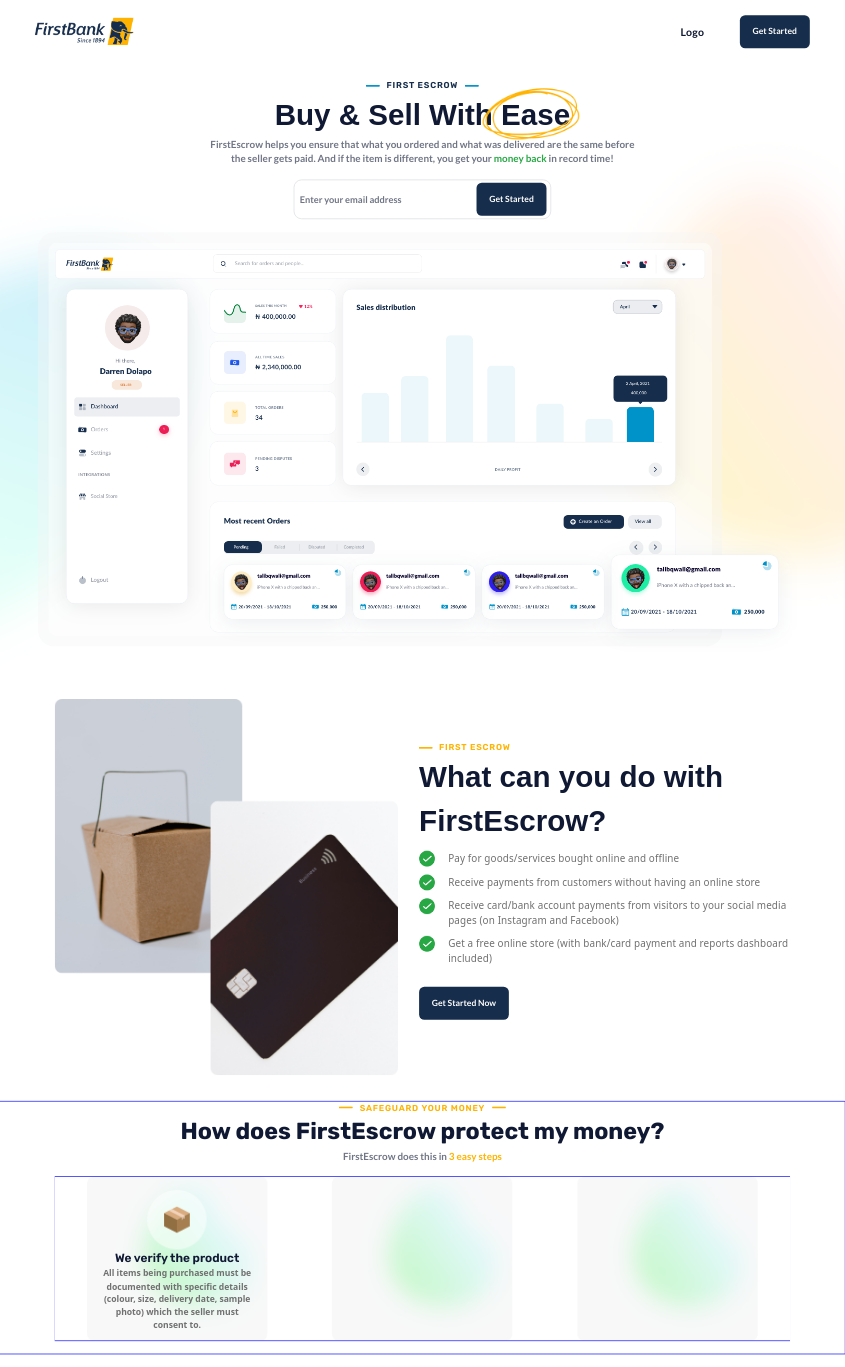
Repository: Pepperest-dev/First_Escrow_Home
Page: index.html
An editor plug-in stored every save of this project. The page is shown before and after the next save, followed by the edit.
The browser window is 1280 px wide. The pictures show the whole page, at 66% of full size.

Above is the page before, as saved 2021-09-26 12:05:26.

### index.html
<!DOCTYPE html>
<html lang="en">
  <head>
    <meta charset="UTF-8" />
    <meta http-equiv="X-UA-Compatible" content="IE=edge" />
    <meta name="viewport" content="width=device-width, initial-scale=1.0" />
    <link rel="stylesheet" href="styles/styles.css" />
    <link rel="stylesheet" href="styles/mobileScreenStyles.css" />
    <link
      href="https://unpkg.com/tailwindcss@^2/dist/tailwind.min.css"
      rel="stylesheet"
    />
    <link
      rel="stylesheet"
      href="https://cdnjs.cloudflare.com/ajax/libs/font-awesome/4.7.0/css/font-awesome.min.css"
    />
    <link rel="preconnect" href="https://fonts.googleapis.com" />
    <link rel="preconnect" href="https://fonts.gstatic.com" crossorigin />
    <link
      href="https://fonts.googleapis.com/css2?family=Lato:wght@100;300;400;700;800&family=Rubik:wght@400;500;600;700&display=swap"
      rel="stylesheet"
    />
    <title>First Escrow</title>
  </head>
  <body>
    <!-- Create a container wrapper to  -->
    <!-- create a container to keep everything contained in a certain width  ##done -->
    <!-- create the Navbar ##Done -->
    <!-- Do the font setup from google fonts  ##Done-->
    <!-- make the navbar responsive  Not done-->
    <!-- create the hero section ##almost -->
    <!-- work on the what can we do or you ssection -->
    <!-- Work on how does first escrow  works-->
    <!-- work on refund is guranteed  section  -->
    <!-- how it works in simple steps section -->
    <!-- work on the footer section -->
    <header class="banner mb-10 overflow-x-hidden overscroll-none">
      <nav
        class="
          h-24
          flex
          justify-between
          items-center
          md:w-11/12 md:p-0
          px-7
          mx-auto
          mb-6
        "
      >
        <a href="/">
          <img
            src="/assets/imgs/firstBank_logo.png"
            alt="First Bank Logo"
            class="BrandLogo cursor-pointer"
          />
        </a>

        <ul class="md:flex hidden w-2/12 h-full justify-between items-center">
          <li class="loginLink"><a href="#">Logo</a></li>
          <li>
            <button class="getStartedBtn hover:drop-shadow-xl">
              Get Started
            </button>
          </li>
        </ul>

        <div id="hambugger" class="hambugger cursor-pointer md:hidden">
          <i id="menuToggler" class="fa fa-2x fa-bars"></i>
        </div>
      </nav>

      <main class="md:w-11/12 mb-3 md:p-0 px-7 mx-auto">
        <article>
          <p
            class="
              text-center
              mx-auto
              flex
              justify-around
              items-center
              firstEscrow
            "
          >
            First Escrow
          </p>
          <h1 class="mainTitle text-center mx-auto">
            Buy & Sell With <span class="">Ease</span>
            <img
              src="/assets/icons/bigEaseElipses.png"
              alt="elipses"
              class="elipses"
            />
          </h1>
          <p class="contentDescription mx-auto">
            FirstEscrow helps you ensure that what you ordered and what was
            delivered are the same before the seller gets paid. And if the item
            is different, you get your
            <span class="greenMoneyText">money back</span> in record time!
          </p>
          <form
            class="
              my-5
              mx-auto
              flex
              justify-between
              items-center
              cursor-pointer
              bannerInputField
            "
          >
            <input
              type="text"
              class="h-full"
              placeholder="Enter your email address"
            />
            <button
              type="submit"
              class="getStartedBtn z-10 hover:drop-shadow-xl"
            >
              Get Started
            </button>
          </form>
        </article>
        <img
          src="/assets/imgs/dashboardMockup.png"
          class="dashboardImg cursor-pointer mx-auto"
          alt="dashboard mockup"
        />
      </main>
    </header>
    <div class="wrapper">
      <section
        class="
          mt-10
          w-11/12
          mx-auto
          overflow-x-hidden
          gap-x-8
          items-center
          flex
          justify-between
          flex-wrap-reverse
          md:flex-nowrap
        "
      >
        <div class="">
          <img
            class="object-contain"
            src="/assets/imgs/bagAndCard.png"
            alt="bag and card"
          />
        </div>
        <div class="">
          <p
            class="text-left flex justify-start items-center yellowFirstEscrow"
          >
            First Escrow
          </p>

          <h1 class="mainTitle">What can you do with FirstEscrow?</h1>

          <ul id="FirstEscrowCanDo"></ul>
          <button class="getStartedBtn hover:drop-shadow-xl my-5">
            Get Started Now
          </button>
        </div>
      </section>
    </div>
    <div class="wrapper outline">
      <section class="mt-10 mb-5 w-11/12 mx-auto overflow-x-hidden">
        <p
          class="
            text-center
            mx-auto
            flex
            justify-around
            items-center
            secondYellowFirstEscrow
          "
        >
          Safeguard Your Money
        </p>

        <h3 class="text-center protectTitle">
          How does FirstEscrow protect my money?
        </h3>
        <p class="contentDescription mx-auto">
          FirstEscrow does this in
          <span class="yellowText">3 easy steps</span>
        </p>

        <div
          id="threeBoxes"
          class="flex justify-around items-center outline my-5"
        >
          <div class="box flex flex-col items-center justify-between p-5">
            <div class="boxImage">
              <img src="/assets/imgs/parcelBox.png" alt="" srcset="" />
            </div>
            <p class="boxTitle">We verify the product</p>
            <p class="boxTextContent">
              All items being purchased must be documented with specific details
              (colour, size, delivery date, sample photo) which the seller must
              consent to.
            </p>
          </div>
          <div class="box"></div>
          <div class="box"></div>
        </div>
      </section>
    </div>
    <script src="js/app.js"></script>
  </body>
</html>

### Styles/styles.css
* {
  margin: 0;
  padding: 0;
  border: 0;
  font-size: 16px;
  text-decoration: none;
  font: inherit;
  box-sizing: border-box;
}

/* Colors varable declaration */
:root {
  --whiteBgColor: #ffffff;
  --BtnBgColor: #162d4c;
  --lightBlueColor: #0093c9;
  --yellowPrimaryColor: #ffb300;
  --boxesTextColor: #707070;
  --darkBlueTextColor: #101933;
  --bannerTextColor: #707585;
  --lightGreenColor: #28a745;
  --inputFieldBorderColor: #d8dade;
  --footerBackgroundColor: #f6f6f7;
  --footerTextColor: #040c22;
  --latoFontFamily: "Lato", sans-serif;
  --rubikFontFamily: "Rubik", sans-serif;
  --arialFontFamily: "Arial", sans-serif;
}
.wrapper {
  margin-right: auto;
  margin-left: auto;
  max-width: 1440px;
  padding-right: 2rem;
  padding-left: 2rem;
  width: 100%;
  background-color: var(--whiteBgColor);
}

.banner {
  background-image: url(../assets/imgs/overlayBackground.png);
  background-position: center;
  background-repeat: no-repeat;
  background-size: cover;
  object-fit: cover;
}
.dashboardImg {
  width: 100%;
  height: auto;
  overflow-x: hidden;
}

.contentContainer {
}

.BrandLogo {
  width: 150px;
  object-fit: contain;
  height: 45px;
}

.outline {
  outline: 1px solid blue;
}

.loginLink {
  font: normal normal 600 16px/19px Lato;
  letter-spacing: 0.32px;
  font-family: var(--latoFontFamily);
  font-style: normal;
  font-weight: 600;
  color: var(--darkBlueTextColor);
}

.loginLink:hover {
  opacity: 0.8;
  transition: all ease-in-out 350ms;
}

.getStartedBtn {
  border-radius: 8px;
  background-color: var(--BtnBgColor);
  min-width: 100px;
  padding: 0 1.2rem;
  height: 50px;
  color: var(--whiteBgColor);
  font-family: var(--latoFontFamily);
  text-align: center;
  font-size: 13px;
  font-weight: 800;
}

.getStartedBtn:hover {
  opacity: 0.8;
  transition: all ease-in-out 350ms;
}

.yellowFirstEscrow {
  letter-spacing: 1.2px;
  color: var(--yellowPrimaryColor);
  text-transform: uppercase;
  font-family: var(--rubikFontFamily);
  font-size: 13px;
  font-weight: 600;
  width: 150px;
}

.yellowFirstEscrow::before {
  content: "";
  display: flex;
  width: 20px;
  border: 1px solid var(--yellowPrimaryColor);
  background-color: var(--yellowPrimaryColor);
  margin-right: 10px;
}

.secondYellowFirstEscrow {
  letter-spacing: 1.2px;
  color: var(--yellowPrimaryColor);
  text-transform: uppercase;
  font-family: var(--rubikFontFamily);
  font-size: 13px;
  font-weight: 600;
  width: 263px;
}

.secondYellowFirstEscrow::before {
  content: "";
  display: flex;
  width: 20px;
  border: 1px solid var(--yellowPrimaryColor);
  background-color: var(--yellowPrimaryColor);
}
.secondYellowFirstEscrow::after {
  content: "";
  display: flex;
  width: 20px;
  border: 1px solid var(--yellowPrimaryColor);
  background-color: var(--yellowPrimaryColor);
}

.firstEscrow {
  letter-spacing: 1.2px;
  color: var(--BtnBgColor);
  text-transform: uppercase;
  font-family: var(--rubikFontFamily);
  font-size: 13px;
  font-weight: 600;
  width: 180px;
}

.firstEscrow::before {
  content: "";
  display: flex;
  width: 20px;
  border: 1px solid var(--lightBlueColor);
  background-color: var(--lightBlueColor);
}
.firstEscrow::after {
  content: "";
  display: flex;
  width: 20px;
  background-color: var(--lightBlueColor);
  border: 1px solid var(--lightBlueColor);
}
.mainTitle {
  color: var(--darkBlueTextColor);
  font-family: var(--arialFontFamily);
  font-weight: 700;
  font-size: 2.8rem;
  max-width: 600px;
  position: relative;
}

.elipses {
  position: absolute;
  width: 150px;
  top: -11px;
  right: 10%;
}

.contentDescription {
  color: var(--bannerTextColor);
  font-family: var(--latoFontFamily);
  font-weight: 600;
  font-size: 15px;
  text-align: center;
  max-width: 650px;
}

.greenMoneyText {
  color: var(--lightGreenColor);
}

.bannerInputField {
  width: 390px;
  height: 60px;
  border: 1px solid var(--inputFieldBorderColor);
  border-radius: 12px;
  background: var(--whiteBgColor);
  padding: 8px 6px 8px 8px;
}

.bannerInputField input[type="text"] {
  border: none;
  font-family: var(--latoFontFamily);
  font-size: 16px;
  color: var(--bannerTextColor);
  flex: 0.9;
  font-weight: 600;
  outline: none;
}

.bannerInputField input[type="text"]::placeholder {
  font-family: var(--latoFontFamily);
  font-size: 14px;
  font-weight: 600;
  color: var(--bannerTextColor);
}

#FirstEscrowCanDo li {
  color: var(--boxesTextColor);
  letter-spacing: 0.18px;
  text-align: left;
  font-weight: normal;
  font-size: 15px;
}

.protectTitle {
  color: var(--darkBlueTextColor);
  letter-spacing: 0;
  font-family: var(--rubikFontFamily);
  font-weight: bold;
  font-size: 2.2rem;
}
.yellowText {
  color: var(--yellowPrimaryColor);
}
.box {
  width: 280px;
  height: 248px;
  border-radius: 12px;
  background-image: url("/assets/imgs/lightGreenCardBg.png");
  background-repeat: no-repeat;
  background-position: center;
  background-size: contain;
}

.boxImage {
  width: 90px;
  height: 110px;
  background-color: transparent;
}

.boxTitle {
  color: var(--darkBlueTextColor);
  letter-spacing: 0;
  font-family: var(--rubikFontFamily);
  text-align: center;
  font-size: 18px;
  font-weight: 600;
}

.boxTextContent {
  text-align: center;
  color: var(--boxesTextColor);
  font-size: 13px;
  font-weight: 600;
  width: 95%;
}

### Styles/mobileScreenStyles.css
@media screen and (max-width: 600px) {
  .banner {
    background-size: contain;
  }
  .dashboardImg {
    width: 500px;
    height: auto;
  }

  .BrandLogo {
    width: 100px;
  }

  .toggle {
    transition: opacity ease-in-out;
  }

  .elipses {
    position: absolute;
    width: 150px;
    top: 40%;
    right: 9%;
  }
}

### Js/app.js
const escrow = {
  firstEscrowList: [
    {
      icon: "/assets/icons/greenChecked.png",
      text: "Pay for goods/services bought online and offline",
    },
    {
      icon: "/assets/icons/greenChecked.png",
      text: "Receive payments from customers without having an online store",
    },
    {
      icon: "/assets/icons/greenChecked.png",
      text: "Receive card/bank account payments from visitors to your social media pages (on Instagram and Facebook)",
    },
    {
      icon: "/assets/icons/greenChecked.png",
      text: "Get a free online store (with bank/card payment and reports dashboard included)",
    },
  ],
};

Object.freeze(escrow);
console.log(escrow.firstEscrowList);

document.addEventListener(
  "DomContentLoaded",
  (function () {
    console.log("escrow, content");
    const hambugger = document.querySelector("#hambugger");
    const menu = document.querySelector("#menuToggler");
    const escrowCanDo = document.querySelector("#FirstEscrowCanDo");

    let returnedList = escrow.firstEscrowList
      .map(
        (list) =>
          `<li class="flex items-start my-3 justify-start"><img  src=${list.icon} alt="checked icon" class="mr-5 h-6 w-6" /> ${list.text}</li>`
      )
      .join(" ");

    escrowCanDo.innerHTML = returnedList;

    hambugger.addEventListener("click", () => {
      if (menu.classList.contains("fa-bars")) {
        menu.classList.remove("fa-bars");
        menu.classList.add("fa-times");
      } else if (menu.classList.contains("fa-times")) {
        menu.classList.remove("fa-times");
        menu.classList.add("fa-bars");
      }
      hambugger.classList.toggle("toggle");
    });
  })()
);

After the next save:
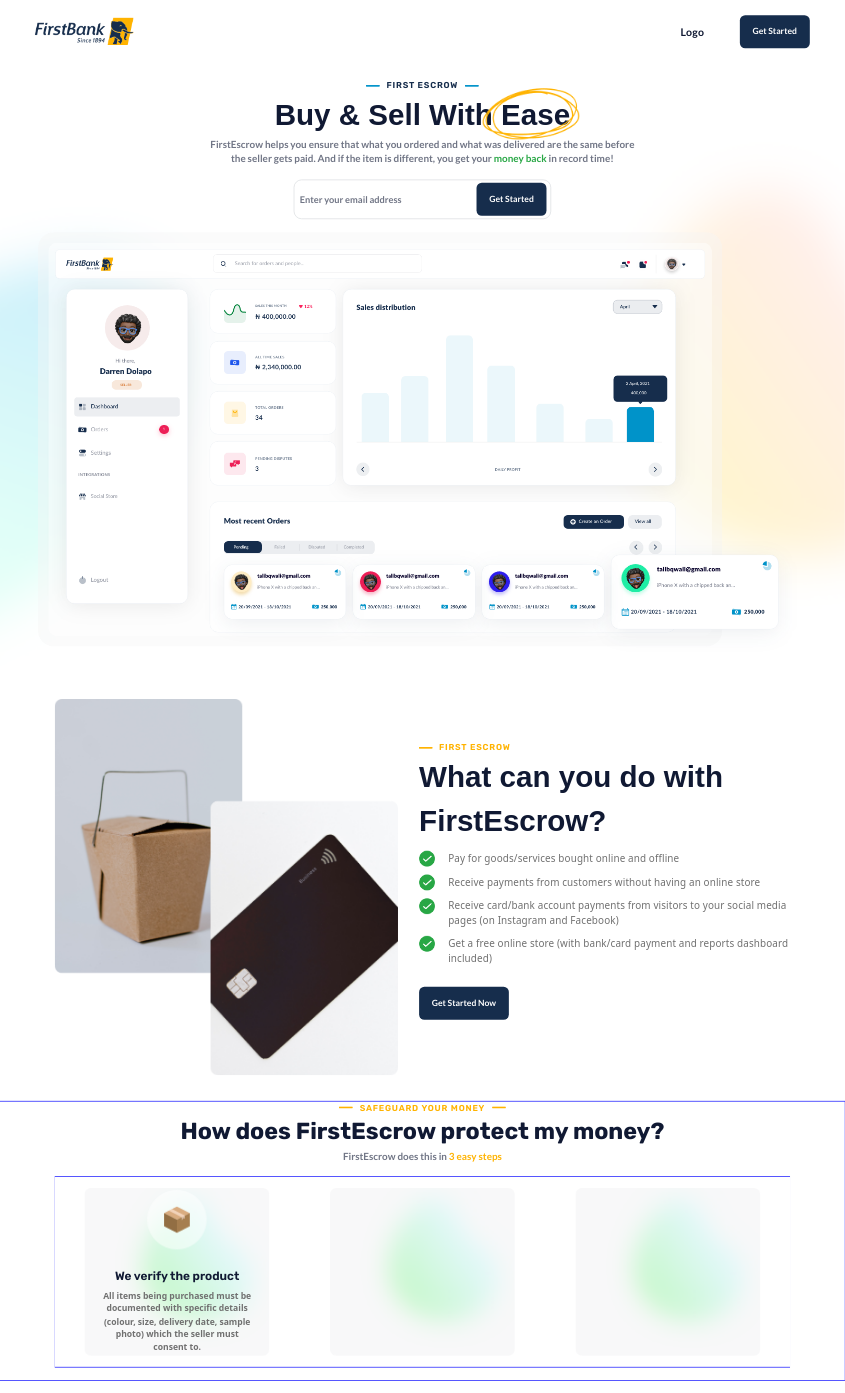
Saved 1 s later.
--- a/Styles/styles.css
+++ b/Styles/styles.css
@@ -236,7 +236,7 @@
 }
 .box {
   width: 280px;
-  height: 248px;
+  height: 288px;
   border-radius: 12px;
   background-image: url("/assets/imgs/lightGreenCardBg.png");
   background-repeat: no-repeat;

After the save that followed:
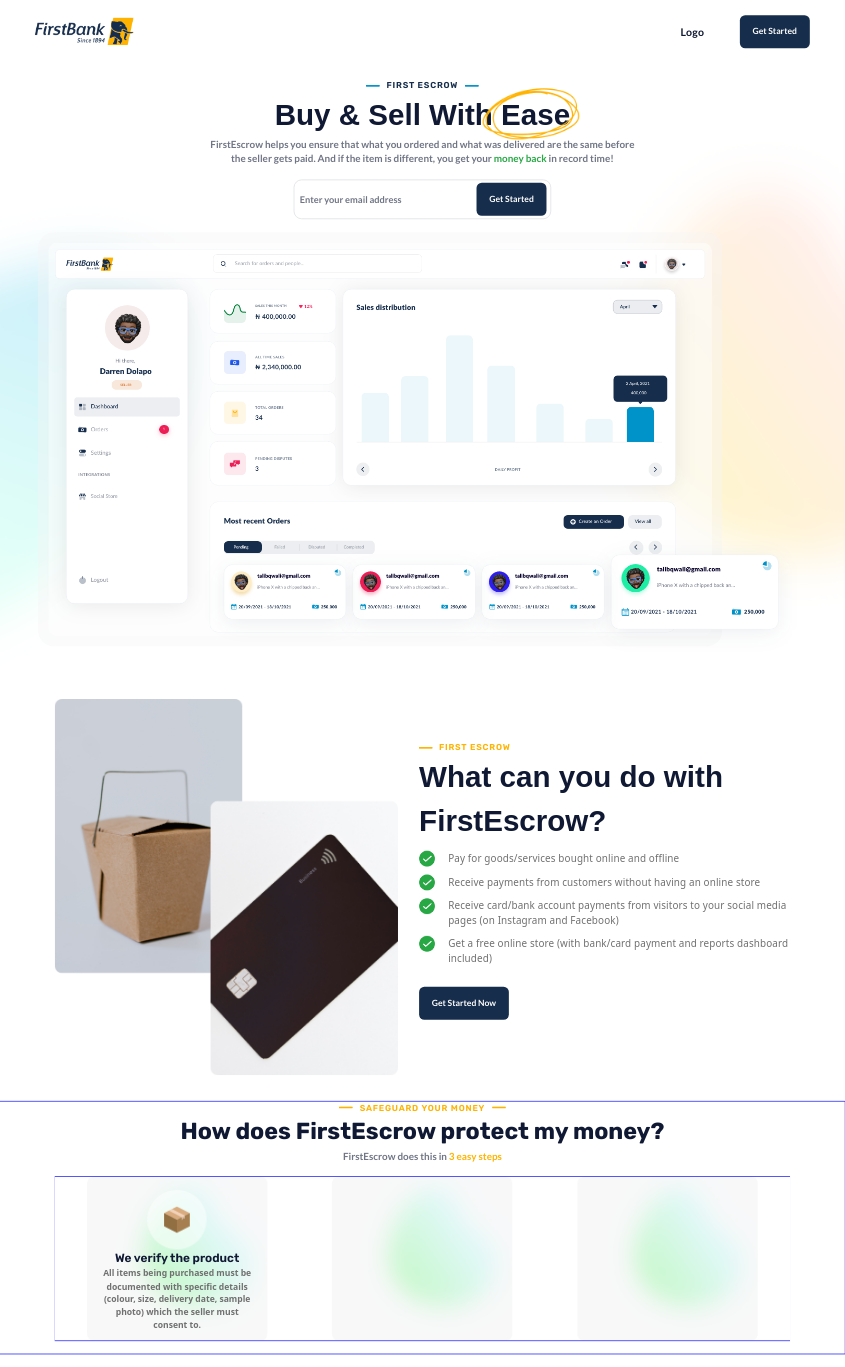
Saved 20 s later.
--- a/Styles/styles.css
+++ b/Styles/styles.css
@@ -236,7 +236,7 @@
 }
 .box {
   width: 280px;
-  height: 288px;
+  height: 248px;
   border-radius: 12px;
   background-image: url("/assets/imgs/lightGreenCardBg.png");
   background-repeat: no-repeat;
